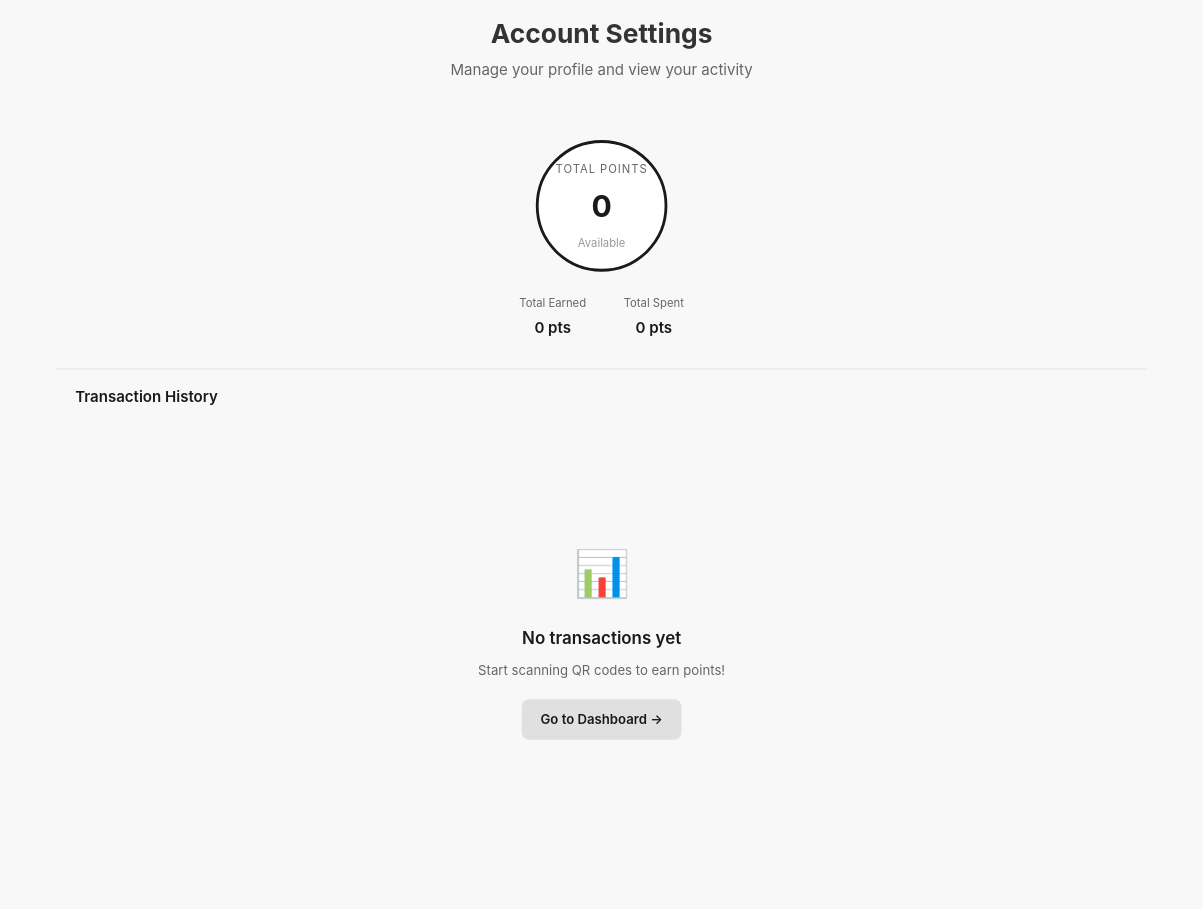
Repository: ManuelRy/GreenCup_Consumer
Page: http://localhost/account
The author's editor kept a copy of each file at every save. The page is drawn from the files as they stood at one save, then again after the next save.
The browser window is 1280 px wide. The pictures show the whole page, at 94% of full size.
The page is served by the project's Laravel application, run on PHP 8.4 with Laravel 12. A made-up administrator, Test User (test@example.com), is signed in.

Above is the page before, as saved 2025-09-07 13:43:06.

After the next save:
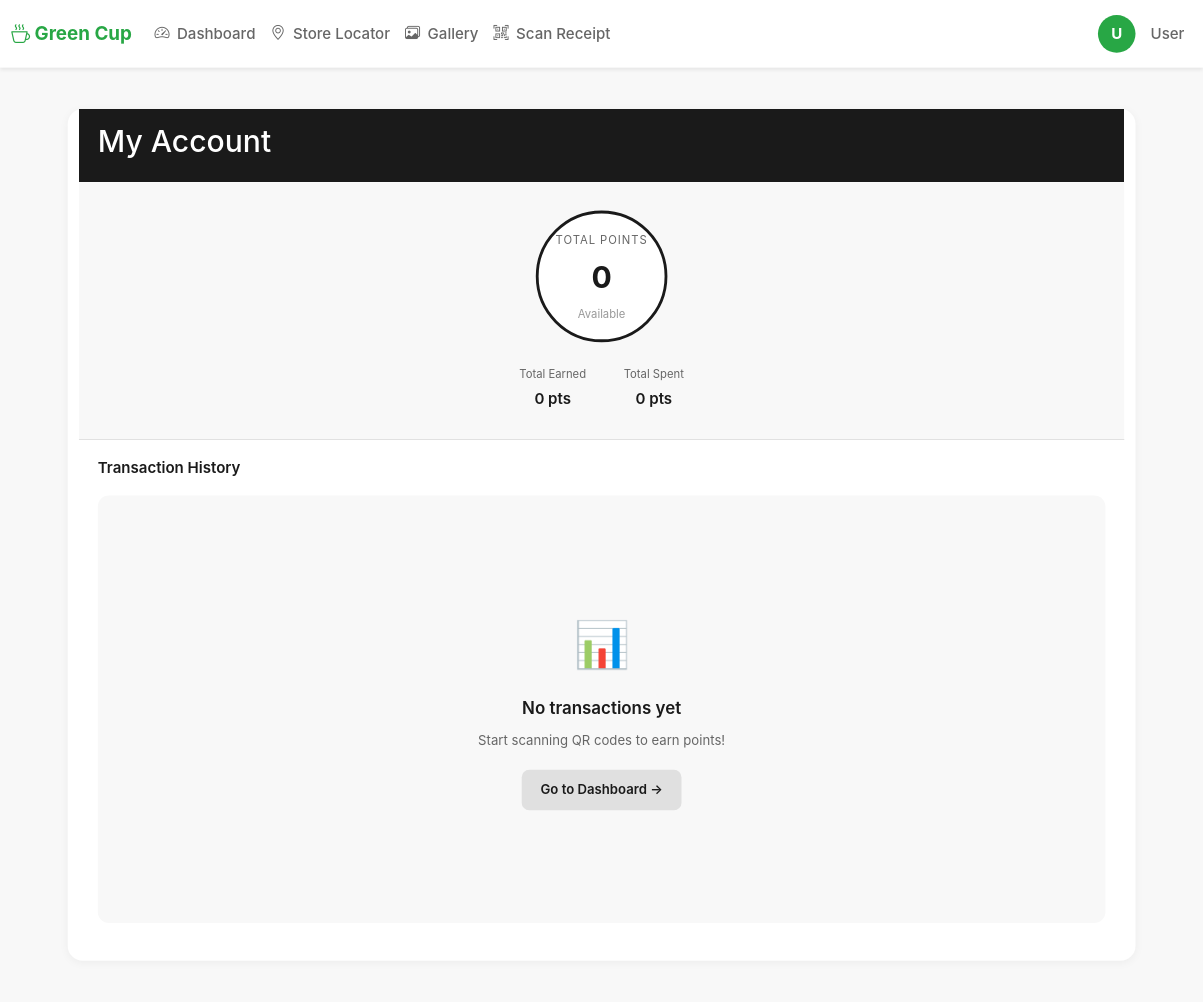
Saved 10 s later.
--- a/resources/views/account/index.blade.php
+++ b/resources/views/account/index.blade.php
@@ -1,13 +1,22 @@
-@extends('master')
+@extends('layout.master')
 
 @section('title', 'Account - Green Cup')
 
 @section('content')
-    <div class="account-container">
-        <!-- Page Header -->
-        <div class="page-header">
-            <h1 class="page-title">Account Settings</h1>
-            <p class="page-subtitle">Manage your profile and view your activity</p>
+<div class="container-fluid py-4">
+    <div class="container">
+        <!-- Header with back button -->
+        <div class="account-header">
+            <div class="header-nav d-md-none">
+                <a href="{{ route('dashboard') }}" class="back-btn">
+                    <span>←</span>
+                </a>
+                <h2>Account</h2>
+                <div class="placeholder-btn"></div>
+            </div>
+            <div class="d-none d-md-block">
+                <h2>My Account</h2>
+            </div>
         </div>
 
         <!-- Total Points Summary Section -->
